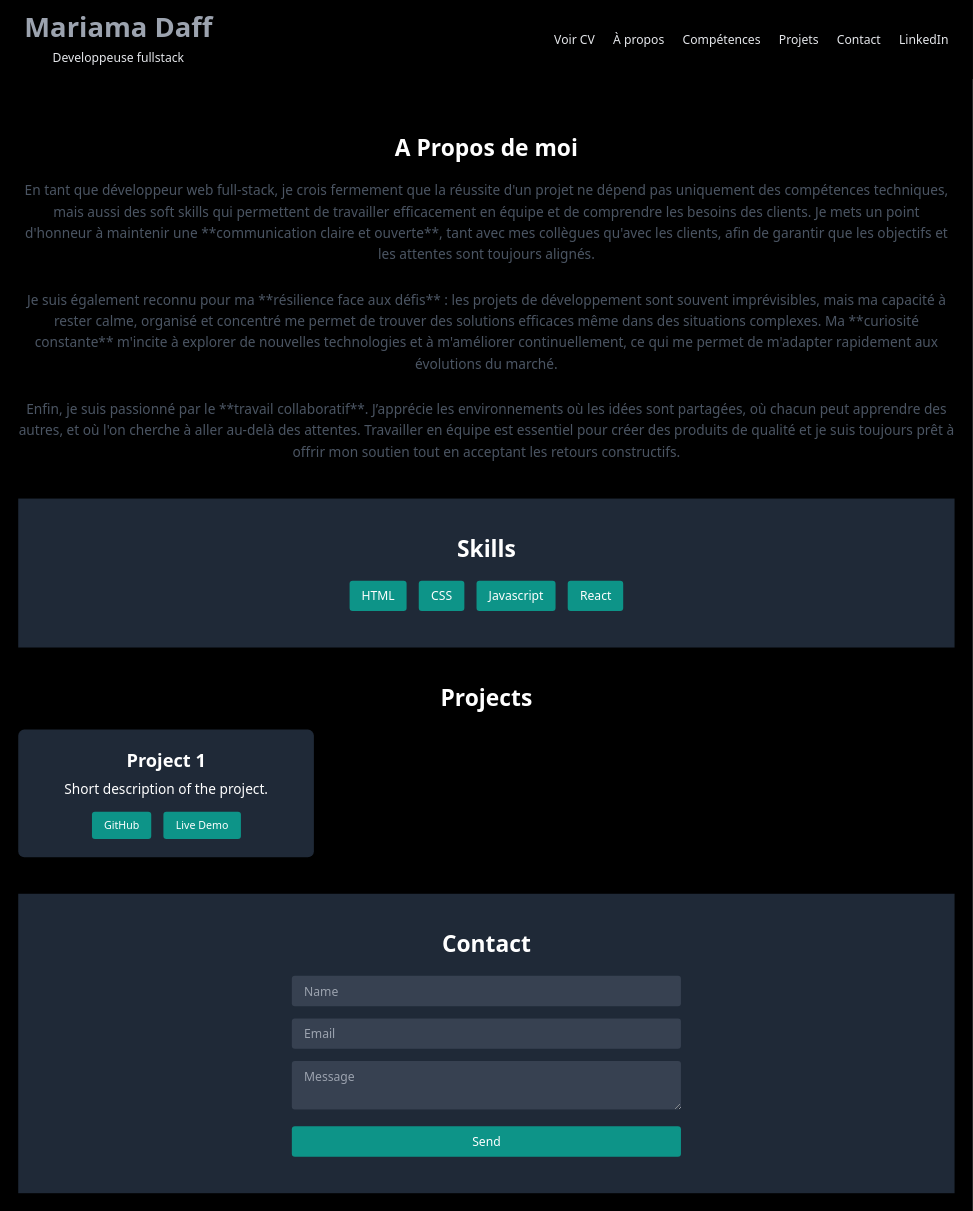
Repository: mariamdaff/Projets_Perso
Page: / (app in mon_portfolio/)
An editor plug-in stored every save of this project. The page is shown before and after the next save, followed by the edit.
The browser window is 1280 px wide. The pictures show the whole page, at 76% of full size.
The project was rebuilt for these pictures with package versions that can differ from the ones it lists, and the page was loaded fresh each time. Also part of the build but not shown: mon_portfolio/vite.config.js.

Above is the page before, as saved 2025-04-20 15:26:48.

### mon_portfolio/index.html
<!doctype html>
<html lang="en">
  <head>
    <meta charset="UTF-8" />
    <link rel="icon" type="image/svg+xml" href="/cvFivicon.png" />
    <meta name="viewport" content="width=device-width, initial-scale=1.0" />
    <title>Mon portfolio</title>
  </head>
  <body className="bg-black text-gray-400">
    <div id="root"></div>
    <script type="module" src="/src/main.jsx"></script>
  </body>
</html>

### mon_portfolio/src/main.jsx
import './index.css';
import { StrictMode } from 'react'
import { createRoot } from 'react-dom/client'
import './index.css'
import App from './App.jsx'

createRoot(document.getElementById('root')).render(
  <StrictMode>
    <App />
  </StrictMode>,
)

### mon_portfolio/src/App.jsx
import React from 'react';
import { BrowserRouter as Router, Routes, Route } from 'react-router-dom';
// import NavbarElement from './component/navBar/NavBarComponent';
import Layout from './Layout';


const App = () => {
  return (
    <Router>

      <Routes>
        <Route path="/" element={<Layout />}>
        </Route>
      </Routes>

    </Router>
  );
};

export default App;

### mon_portfolio/src/Layout.jsx
import React from 'react';
import NavbarElement from './components/navBar/NavBarComponent';
import Projets from './components/projets/Projets';
import Contact from './components/contact/Contact';
import APropos from './components/A_Propos/APropos';
import Skills from './components/skills/Skills';
// import Projets from './components/Projets'
import { Outlet } from 'react-router-dom';

const Layout = () => {
  return (
    <div className="bg-black min-h-screen text-white scroll-smooth">
      <NavbarElement />
      <main className="p-6">
        <section id="a-propos">
          <APropos />
        </section>
        <section id="skills">
          <Skills />
        </section>
        <section id="projets">
          <Projets />
        </section>
        <section id="contact">
          <Contact />
        </section>
      </main>
    </div>
  );
};

export default Layout;

### mon_portfolio/src/components/navBar/NavBarComponent.jsx

import React from 'react';
import LiensDeNavigation from './NavBarLiens.jsx';
import Description from './NavBarDescriptionPost.jsx';
import MonNom from './NavBarNom.jsx';


const NavbarElement = () => {
  return (
    <header className="bg-black text-gray-200 px-8 py-4 ">
      <nav className=" flex justify-between items-center">
        <div className='text-center'>
        <MonNom/>
        <Description/>
        </div>
        <LiensDeNavigation />
      </nav>
    </header>
  );
};

export default NavbarElement;

### mon_portfolio/src/components/projets/Projets.jsx
import React from 'react';
const Projets =()=>{
    return (
        <section className="py-12 text-center">
        <h2 className="text-3xl font-semibold mb-6">Projects</h2>
        <div className="grid grid-cols-1 sm:grid-cols-2 lg:grid-cols-3 gap-8">
          {/* Project Card */}
          <div className="bg-gray-800 p-6 rounded-lg shadow-lg">
            <h3 className="text-2xl font-semibold">Project 1</h3>
            <p className="text-lg mt-2">Short description of the project.</p>
            <div className="mt-4 space-x-4">
              <button className="bg-teal-600 px-4 py-2 rounded text-sm">
                GitHub
              </button>
              <button className="bg-teal-600 px-4 py-2 rounded text-sm">
                Live Demo
              </button>
            </div>
          </div>
          {/* Add more project cards here */}
        </div>
      </section>
    );
};
 export default Projets

### mon_portfolio/src/components/contact/Contact.jsx
import React from 'react';
const Contact =()=>{
    return(
        <section className="py-12 text-center bg-gray-800">
        <h2 className="text-3xl font-semibold mb-6">Contact</h2>
        <form className="max-w-lg mx-auto">
          <input
            type="text"
            placeholder="Name"
            className="bg-gray-700 text-white px-4 py-2 rounded mb-4 w-full"
          />
          <input
            type="email"
            placeholder="Email"
            className="bg-gray-700 text-white px-4 py-2 rounded mb-4 w-full"
          />
          <textarea
            placeholder="Message"
            className="bg-gray-700 text-white px-4 py-2 rounded mb-4 w-full"
          />
          <button className="bg-teal-600 px-6 py-2 rounded w-full">Send</button>
        </form>
      </section>
    );
};

export default Contact;

### mon_portfolio/src/components/A_Propos/APropos.jsx
import React from 'react';
const APropos = () =>{
    return(
        <section className="text-center py-12">
        <h2 className="text-3xl font-semibold mb-6">A Propos de moi</h2>
        <p className="text-lg text-gray-600 mb-8">
          En tant que développeur web full-stack, je crois fermement que la réussite d'un projet ne dépend pas uniquement des compétences techniques,
          mais aussi des soft skills qui permettent de travailler efficacement en équipe et de comprendre les besoins des clients.
          Je mets un point d'honneur à maintenir une **communication claire et ouverte**, tant avec mes collègues qu'avec les clients,
          afin de garantir que les objectifs et les attentes sont toujours alignés.
        </p>
        <p className="text-lg text-gray-600 mb-8">
          Je suis également reconnu pour ma **résilience face aux défis** : les projets de développement sont souvent imprévisibles,
          mais ma capacité à rester calme, organisé et concentré me permet de trouver des solutions efficaces même dans des situations complexes.
          Ma **curiosité constante** m'incite à explorer de nouvelles technologies et à m'améliorer continuellement, ce qui me permet de m'adapter rapidement aux évolutions du marché.
        </p>
        <p className="text-lg text-gray-600">
          Enfin, je suis passionné par le **travail collaboratif**. J’apprécie les environnements où les idées sont partagées, où chacun peut apprendre des autres,
          et où l'on cherche à aller au-delà des attentes. Travailler en équipe est essentiel pour créer des produits de qualité et je suis toujours prêt à offrir mon soutien tout en acceptant les retours constructifs.
        </p>
      </section>
    );

};
export default APropos;

### mon_portfolio/src/components/skills/Skills.jsx
import React from 'react';
const Skills = () =>{
    return(
        <section className="py-12 text-center bg-gray-800">
        <h2 className="text-3xl font-semibold mb-6">Skills</h2>
        <div className="space-x-4">
        <button className="bg-teal-600 px-4 py-2 rounded">HTML</button>
        <button className="bg-teal-600 px-4 py-2 rounded">CSS</button>
        <button className="bg-teal-600 px-4 py-2 rounded">Javascript</button>
        <button className="bg-teal-600 px-4 py-2 rounded">React</button>
        </div>
        </section>
    );

};
export default Skills;

### mon_portfolio/src/components/navBar/NavBarLiens.jsx
import React from 'react';
 import { Link } from 'react-router-dom';



const LiensDeNavigation = () =>{
return (
    <ul className="flex space-x-6">
      <li> <a
            href="/monCV.pdf"
            target="_blank"
            rel="noopener noreferrer"
            className="btn-nav hover:text-gray-400 transition"
            >
             Voir CV
        </a></li>
        <a href="#a-propos" className="hover:text-gray-400 transition">À propos</a>
<a href="#skills" className="hover:text-gray-400 transition">Compétences</a>
<a href="#projets" className="hover:text-gray-400 transition">Projets</a>
<a href="#contact" className="hover:text-gray-400 transition">Contact</a>
      <li><a href="https://www.linkedin.com/in/mariama-daff"
            target="_blank"
            rel="noopener noreferrer"
            className="nav-btn  hover:text-gray-400 transition"
            >
            LinkedIn
        </a></li>

    </ul>
  );
};

export default LiensDeNavigation;

### mon_portfolio/src/components/navBar/NavBarDescriptionPost.jsx
import React from 'react';

const Description = () =>{
return (
   <p className="text-md mt-2">Developpeuse fullstack</p>
  );
};

export default Description;

### mon_portfolio/src/components/navBar/NavBarNom.jsx
import React from 'react';

const MonNom = () =>{
return (
   <h1 className="text-4xl font-bold text-gray-400">Mariama Daff</h1>
  );
};

export default MonNom;

Loaded but not shown: mon_portfolio/src/index.css (common file); mon_portfolio/tailwind.config.js (common file)

After the next save:
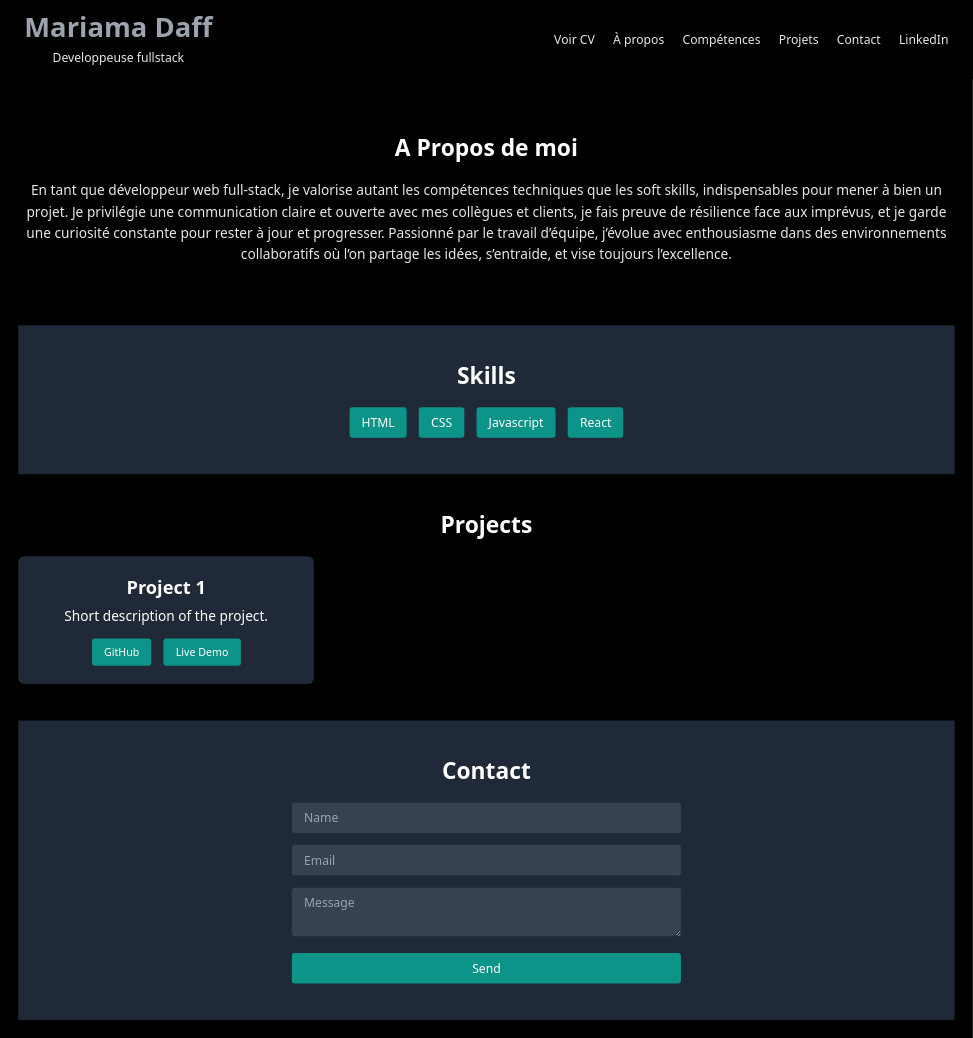
Saved 4 min 41 s later.
--- a/mon_portfolio/src/components/A_Propos/APropos.jsx
+++ b/mon_portfolio/src/components/A_Propos/APropos.jsx
@@ -3,21 +3,11 @@
     return(
         <section className="text-center py-12">
         <h2 className="text-3xl font-semibold mb-6">A Propos de moi</h2>
-        <p className="text-lg text-gray-600 mb-8">
-          En tant que développeur web full-stack, je crois fermement que la réussite d'un projet ne dépend pas uniquement des compétences techniques,
-          mais aussi des soft skills qui permettent de travailler efficacement en équipe et de comprendre les besoins des clients.
-          Je mets un point d'honneur à maintenir une **communication claire et ouverte**, tant avec mes collègues qu'avec les clients,
-          afin de garantir que les objectifs et les attentes sont toujours alignés.
-        </p>
-        <p className="text-lg text-gray-600 mb-8">
-          Je suis également reconnu pour ma **résilience face aux défis** : les projets de développement sont souvent imprévisibles,
-          mais ma capacité à rester calme, organisé et concentré me permet de trouver des solutions efficaces même dans des situations complexes.
-          Ma **curiosité constante** m'incite à explorer de nouvelles technologies et à m'améliorer continuellement, ce qui me permet de m'adapter rapidement aux évolutions du marché.
-        </p>
-        <p className="text-lg text-gray-600">
-          Enfin, je suis passionné par le **travail collaboratif**. J’apprécie les environnements où les idées sont partagées, où chacun peut apprendre des autres,
-          et où l'on cherche à aller au-delà des attentes. Travailler en équipe est essentiel pour créer des produits de qualité et je suis toujours prêt à offrir mon soutien tout en acceptant les retours constructifs.
-        </p>
+       <p className="text-lg text-gray-200 mb-8">En tant que développeur web full-stack, je valorise autant les compétences techniques que les soft skills,
+         indispensables pour mener à bien un projet. Je privilégie une communication claire et ouverte avec mes collègues et clients,
+          je fais preuve de résilience face aux imprévus, et je garde une curiosité constante pour rester à jour et progresser.
+          Passionné par le travail d’équipe, j’évolue avec enthousiasme dans des environnements collaboratifs où l’on partage les idées,
+           s’entraide, et vise toujours l’excellence.</p>
       </section>
     );
 
